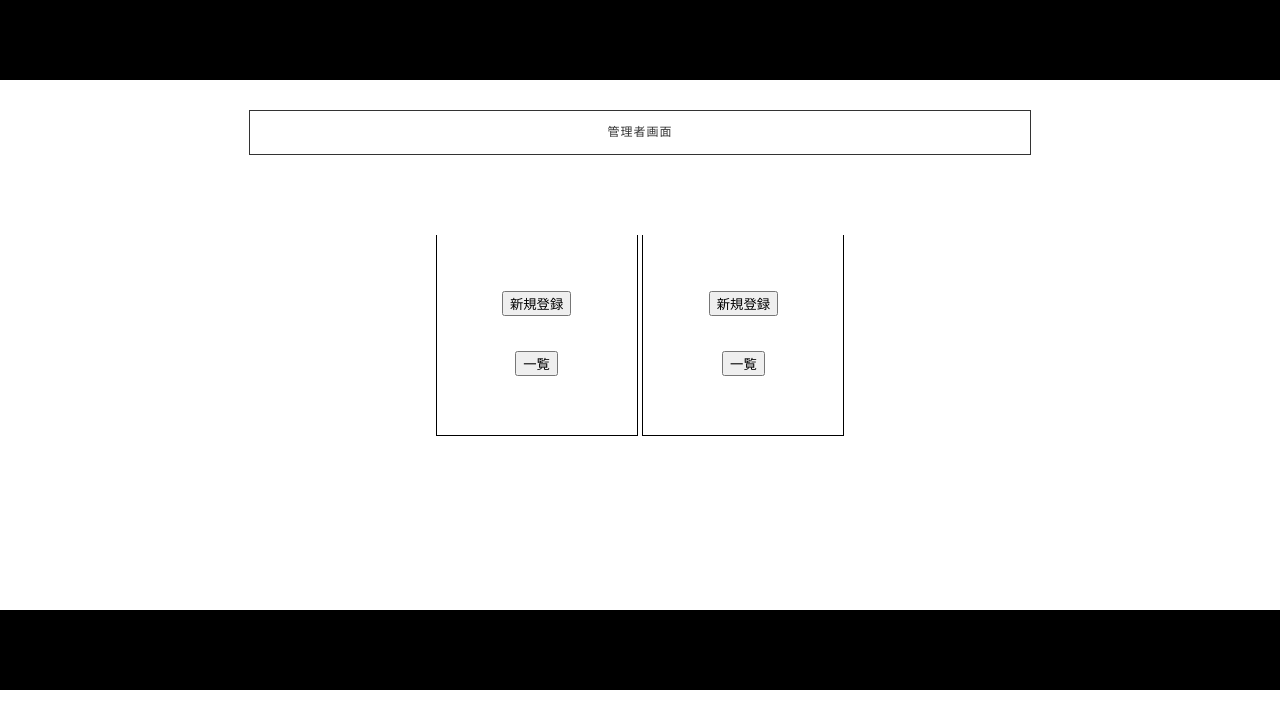
Repository: hiraide8/test
Page: http://localhost/ecsite/admin.jsp
An editor plug-in stored every save of this project. The page is shown before and after the next save, followed by the edit.
The browser window is 1280 px wide. The pictures show the whole page.
The page is served by Tomcat 9.

Above is the page before, as saved 2019-01-23 11:23:19.

After the next save:
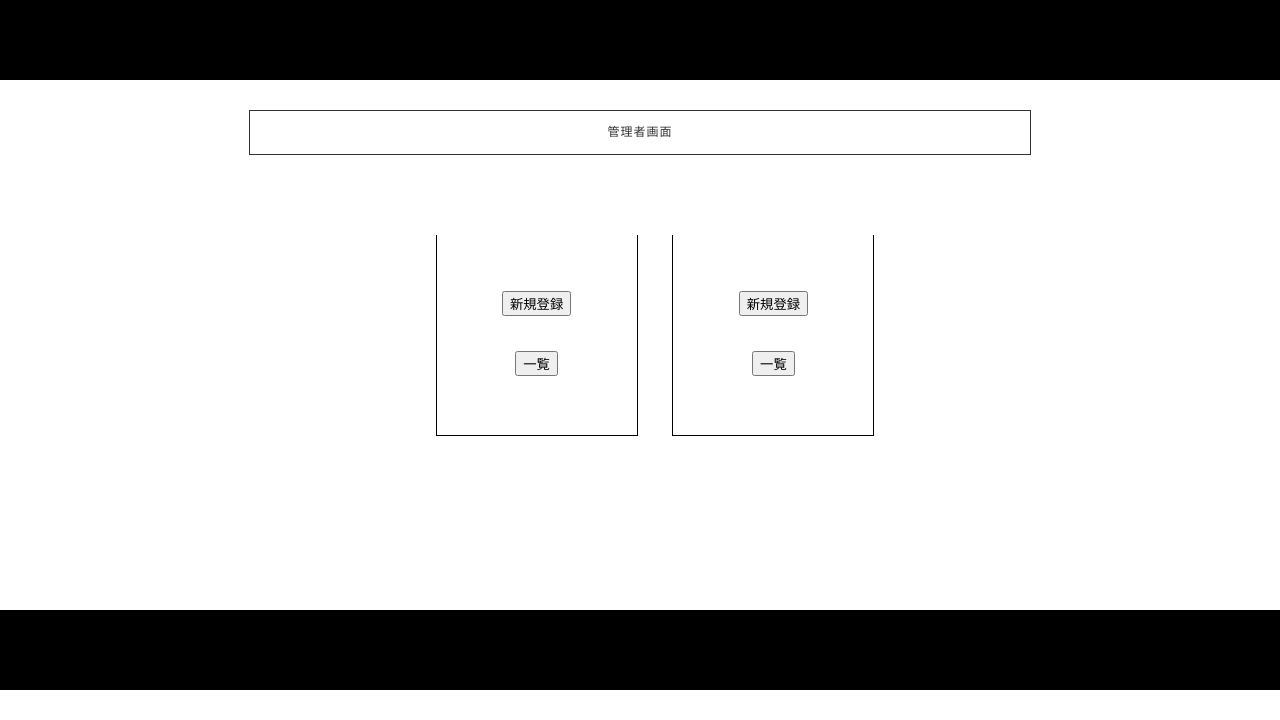
Saved 87 s later.
--- a/ecsite/WebContent/admin.jsp
+++ b/ecsite/WebContent/admin.jsp
@@ -53,6 +53,7 @@
        /* ========CLASS LAYOUT======== */
                 .aaa{
                   margin:0 auto;
+                  margin-left:30px;
                   display:inline-block;
                   margin-top:50px;
                   width:200px;
